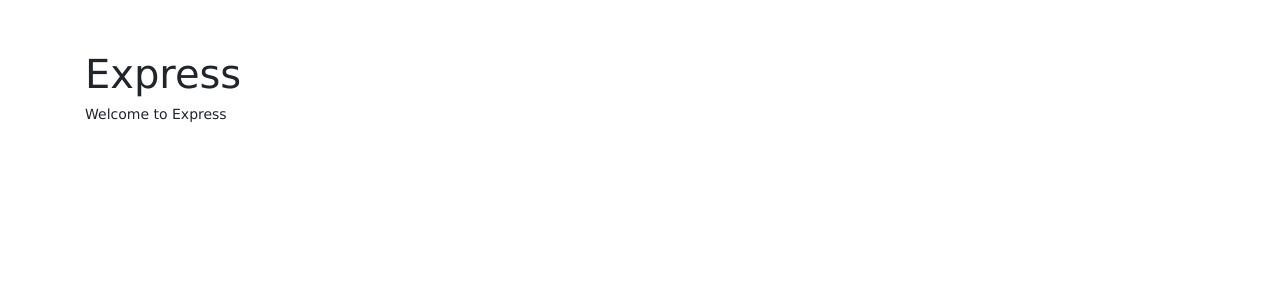
Repository: Ciromont/sitioweb-nodejs
Page: http://localhost/
The author's editor kept a copy of each file at every save. The page is drawn from the files as they stood at one save, then again after the next save.
The browser window is 1280 px wide. The pictures show the whole page.
The page is served by the project's Node server (app.js).

Above is the page before, as saved 2022-11-13 16:37:09.

After the next save:
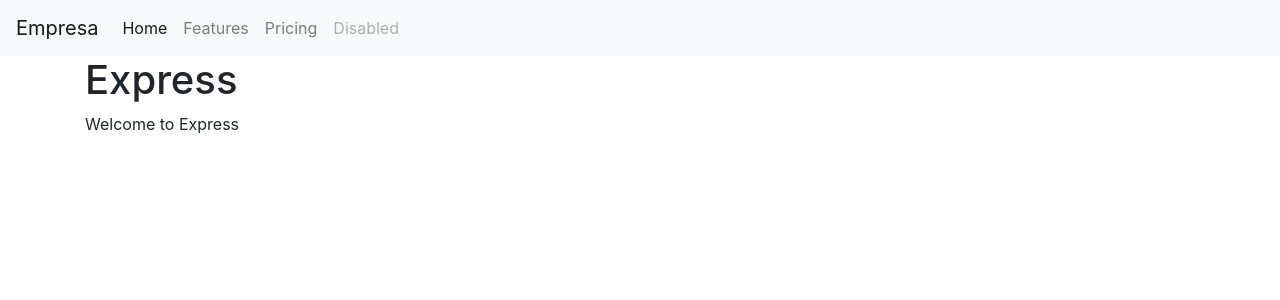
Saved 6 min 48 s later.
--- a/views/index.ejs
+++ b/views/index.ejs
@@ -4,9 +4,25 @@
     <title><%= title %></title>
 
     <link rel="stylesheet" href="https://cdn.jsdelivr.net/npm/bootstrap@4.5.3/dist/css/bootstrap.min.css">
-    <link rel='stylesheet' href='/stylesheets/style.css' />
+    <!-- <link rel='stylesheet' href='/stylesheets/style.css' /> -->
   </head>
   <body>
+
+    <nav class="navbar navbar-expand-lg navbar-light bg-light">
+      <a class="navbar-brand" href="#">Empresa</a>
+      <button class="navbar-toggler" type="button" data-toggle="collapse" data-target="#navbarNavAltMarkup" aria-controls="navbarNavAltMarkup" aria-expanded="false" aria-label="Toggle navigation">
+        <span class="navbar-toggler-icon"></span>
+      </button>
+      <div class="collapse navbar-collapse" id="navbarNavAltMarkup">
+        <div class="navbar-nav">
+          <a class="nav-link active" href="#">Home <span class="sr-only">(current)</span></a>
+          <a class="nav-link" href="#">Features</a>
+          <a class="nav-link" href="#">Pricing</a>
+          <a class="nav-link disabled" href="#" tabindex="-1" aria-disabled="true">Disabled</a>
+        </div>
+      </div>
+    </nav>
+
     <div class="container">
 
     <h1><%= title %></h1>
